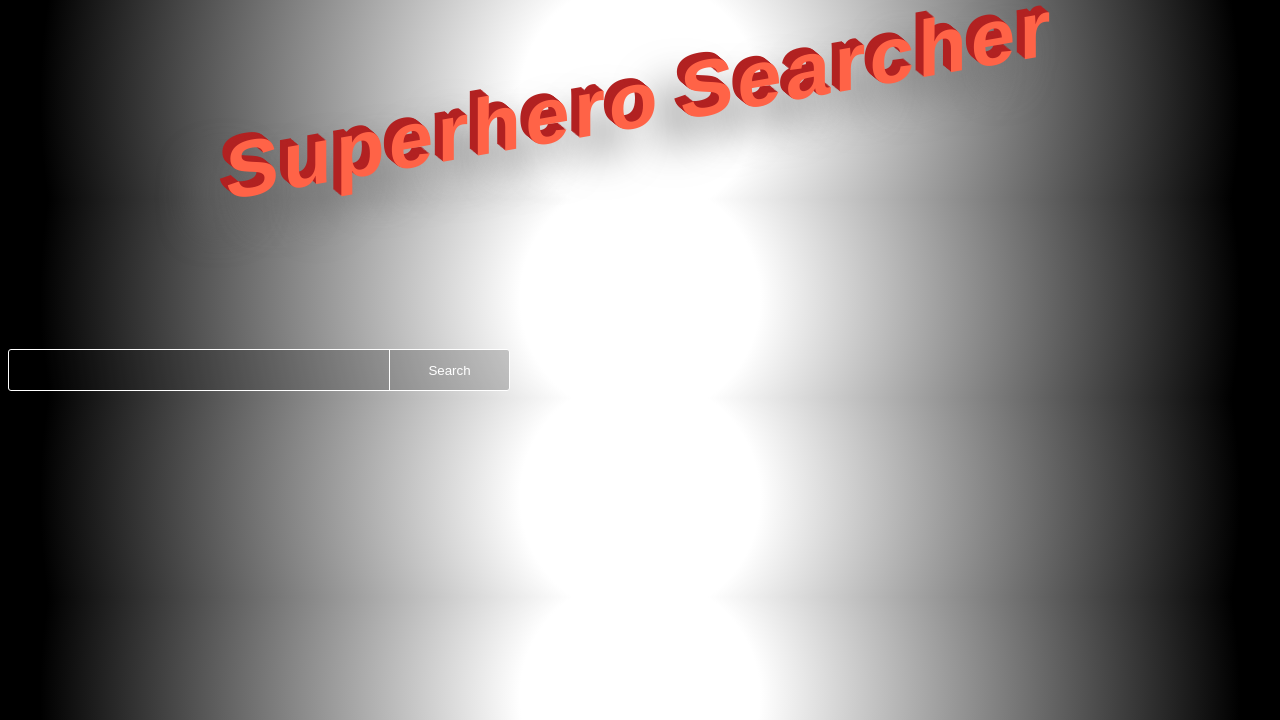
Repository: savi1623/SuperheroSearcher
Page: / (app in my-app/)
The author's editor kept a copy of each file at every save. The page is drawn from the files as they stood at one save, then again after the next save.
The browser window is 1280 px wide. The pictures show the whole page.
The project was rebuilt for these pictures with package versions that can differ from the ones it lists, and the page was loaded fresh each time. Also part of the build but not shown: my-app/src/SuperImage/SuperImage.scss, my-app/src/SuperImage/SuperImage.js, my-app/src/Stats/Stats.scss, my-app/src/Stats/Stats.js, my-app/src/Biography/Biography.scss, my-app/src/Biography/Biography.js, my-app/src/Apperance/Apperance.scss, my-app/src/Apperance/Apperance.js and 8 more.

Above is the page before, as saved 2020-02-28 10:54:55.

After the next save:
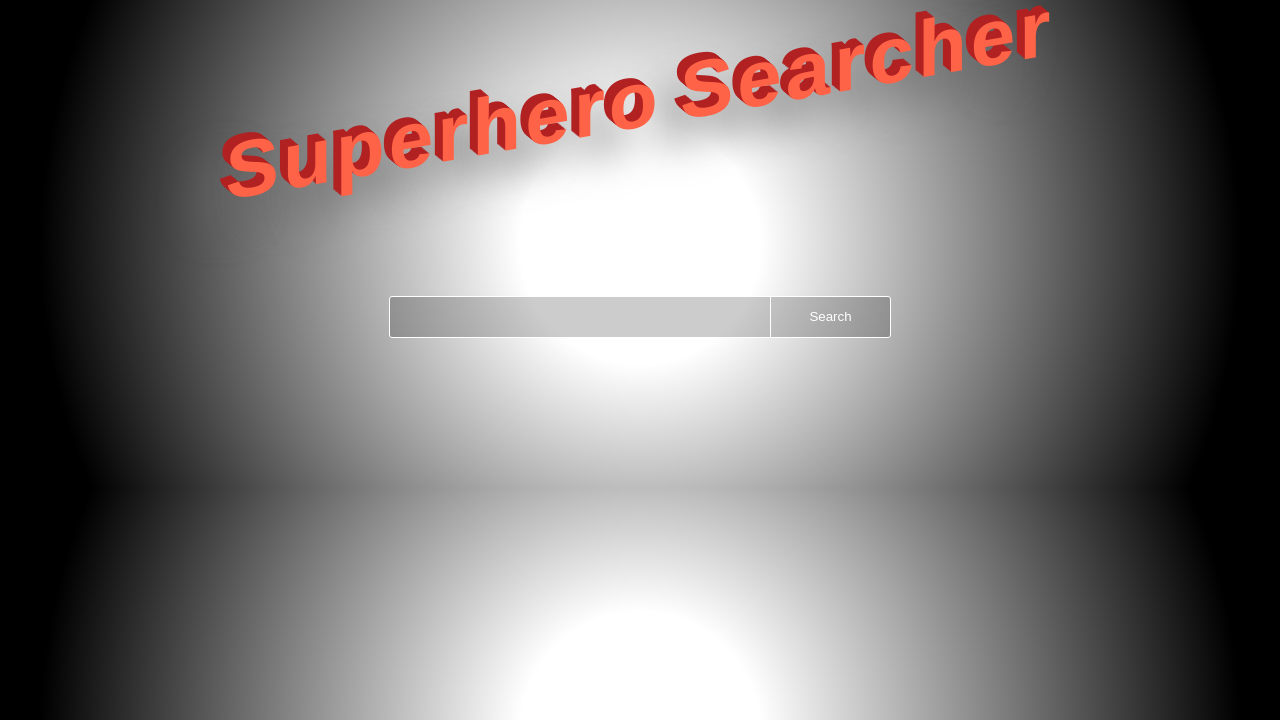
Saved 15 s later.
--- a/my-app/src/App/App.scss
+++ b/my-app/src/App/App.scss
@@ -23,7 +23,7 @@
 }
 
 .searchForm{
-  position: fixed;
+  // position: fixed;
   // top: 50%;
   // left: 50%;
   // margin-top: -50px;
